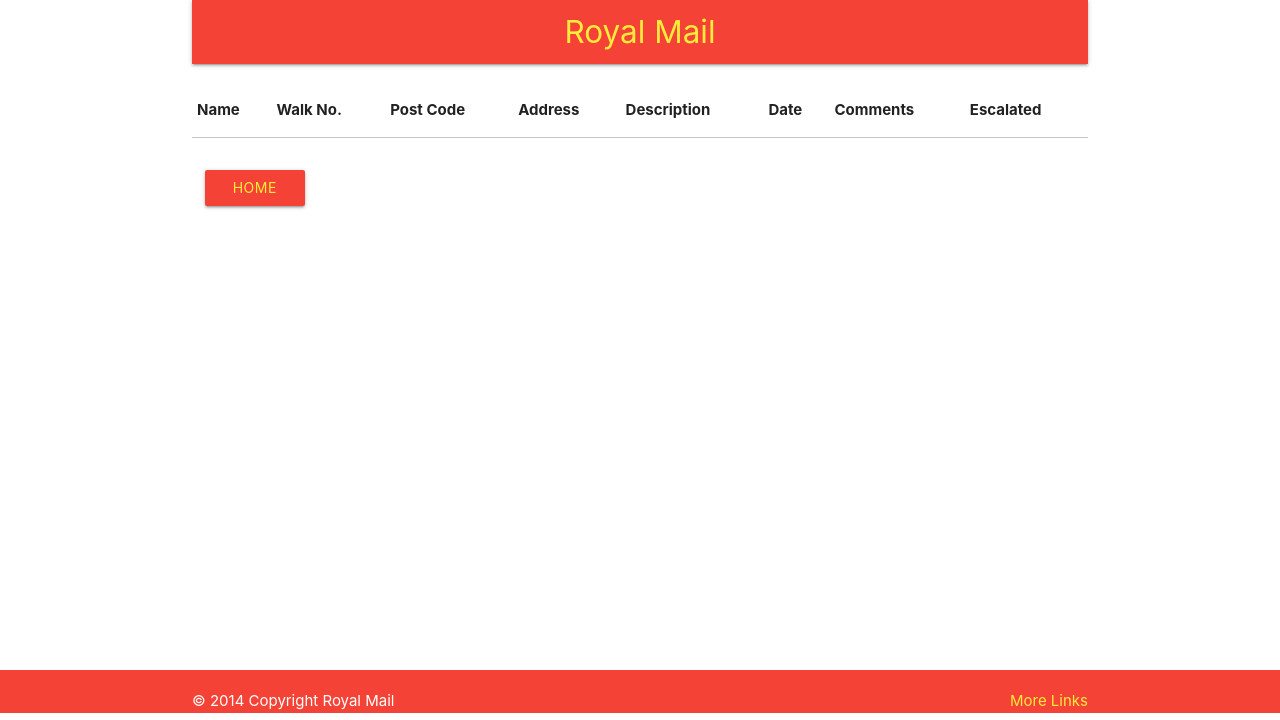
Repository: bandyp/Postal-Reminders
Page: http://localhost/see_route
The author's editor kept a record of every edit. The page is drawn from the files as they stood at one moment, then again after the next edit.
The browser window is 1280 px wide. The pictures show the whole page.
The page is served by the project's application, run on Flask 3 (app.py). Queries for data that is not in the repository find no rows.

Above is the page before.

After the next edit:
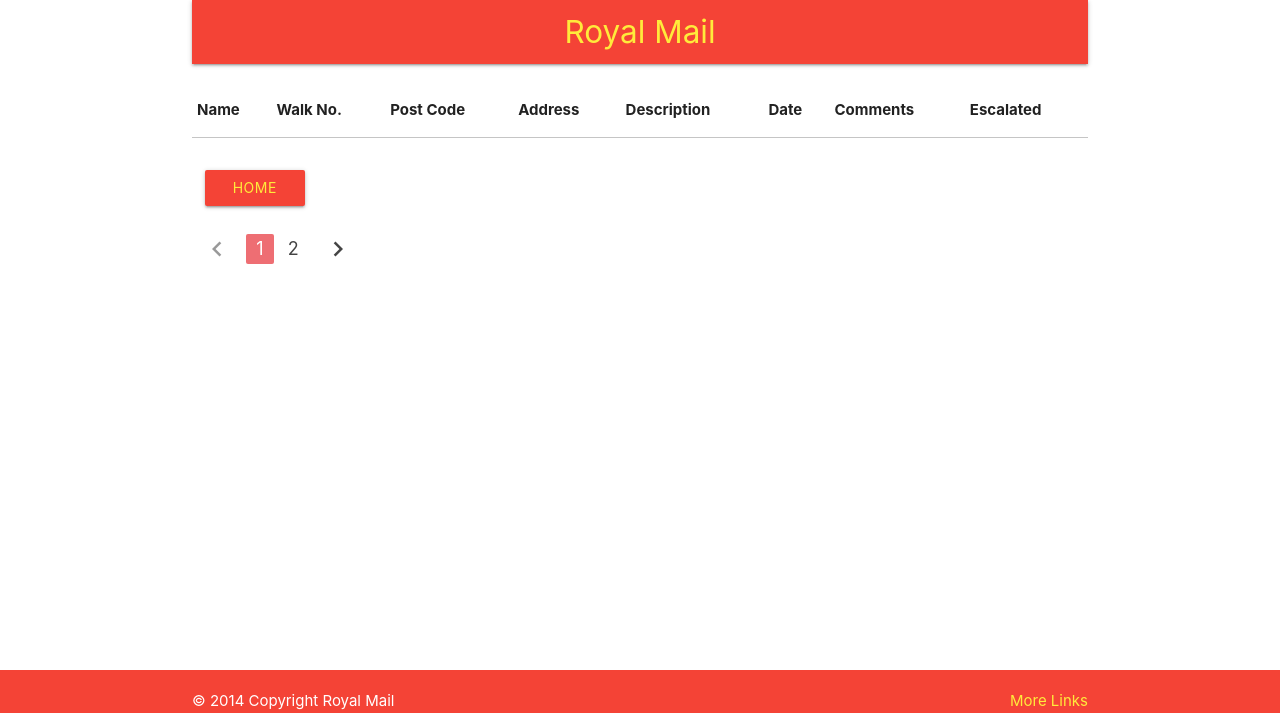
The edit:
--- a/templates/route.html
+++ b/templates/route.html
@@ -51,6 +51,11 @@
 <div class="card-action">
   <a class="waves-effect red waves-light yellow-text btn" href="{{ url_for('goto_home') }}">Home</a>
 </div>
-
+<ul class="pagination">
+    <li class="disabled"><a href="#!"><i class="material-icons">chevron_left</i></a></li>
+    <li class="active"><a href="#!">1</a></li>
+    <li class="waves-effect"><a href="#!">2</a></li>
+    <li class="waves-effect"><a href="#!"><i class="material-icons">chevron_right</i></a></li>
+  </ul>
 
 {% endblock %}
